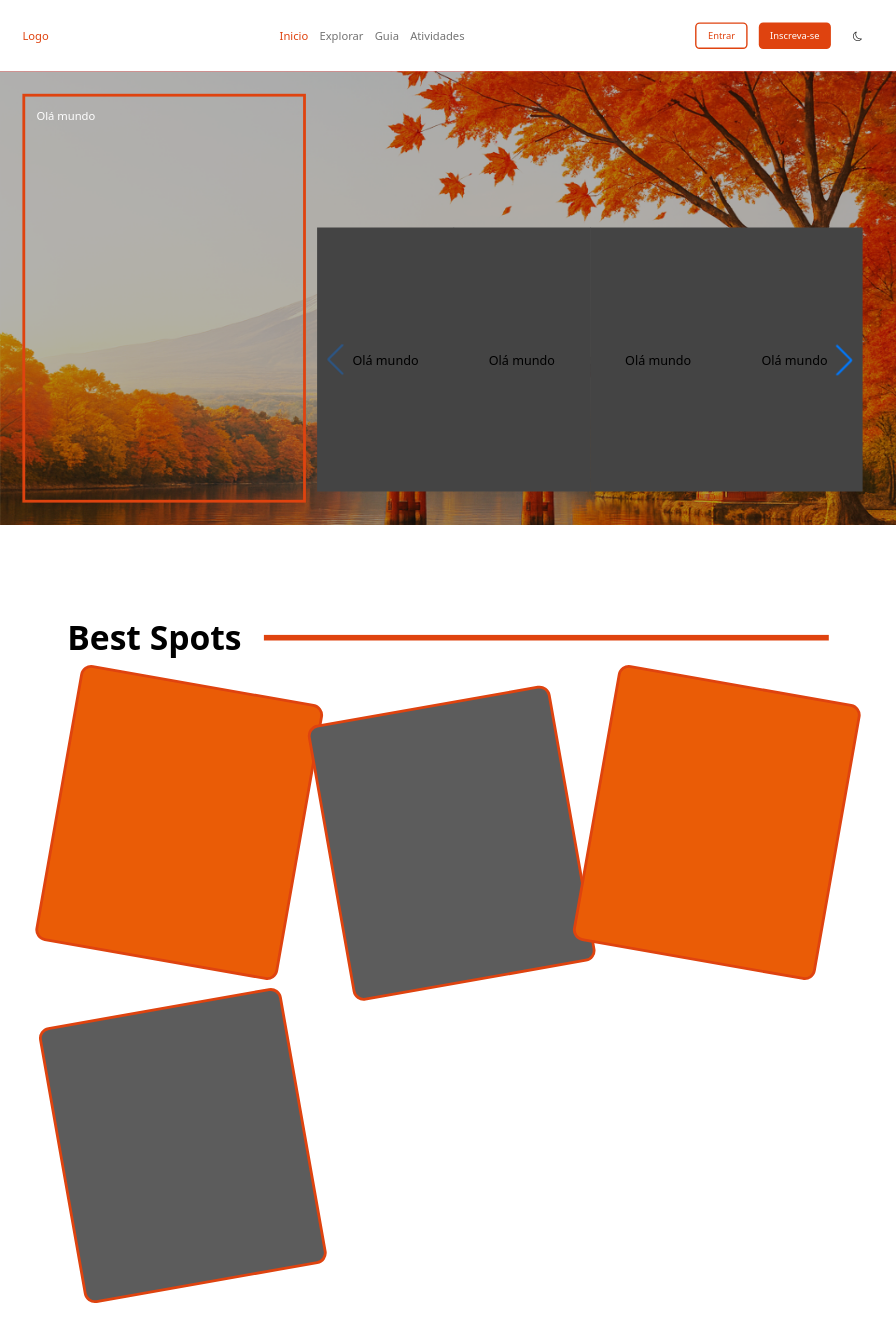
Repository: pedroantoniosi/readleaf--site
Page: /
These files come from the project's save history. The page is drawn as it stood at one moment and after the next save; the edit follows.
The browser window is 1280 px wide. The pictures show the part of the page from y = 0 to 1920 px (the page is 5163 px tall), at 70% of full size.
The project was rebuilt for these pictures with package versions that can differ from the ones it lists, and the page was loaded fresh each time. Also part of the build but not shown: vite.config.ts.

Above is the page before, as saved 2025-11-27 17:46:58.

### index.html
<!doctype html>
<html lang="en">

<head>
  <meta charset="UTF-8" />
  <link rel="icon" type="image/svg+xml" href="/vite.svg" />
  <meta name="viewport" content="width=device-width, initial-scale=1.0" />
  <title>Redleaf | Japanese Traveling</title>
  <link rel="stylesheet" href="https://cdn.jsdelivr.net/npm/bootstrap-icons@1.13.1/font/bootstrap-icons.min.css">
</head>

<body>
  <div id="root"></div>
  <script type="module" src="/src/main.tsx"></script>
</body>




</html>

### src/main.tsx
import { StrictMode } from "react";
import { createRoot } from "react-dom/client";
import "./index.css";
import "./reset.css";
import App from "./App.tsx";

createRoot(document.getElementById("root")!).render(
  <StrictMode>
    <App />
  </StrictMode>
);

### src/index.css
:root {
  font-family: system-ui, Avenir, Helvetica, Arial, sans-serif;
  font-weight: 400;
  color-scheme: light dark;
  color: rgba(255, 255, 255, 0.87);
  background-color: var(--light);
  font-synthesis: none;
  text-rendering: optimizeLegibility;
  -webkit-font-smoothing: antialiased;
  -moz-osx-font-smoothing: grayscale;
  --primaryColor: #DF430F;
  --light: #fff;
  --dark: #000;
}

:root[data-theme="dark"] {
  --light: #080903;
  --dark: #fff;

  & .homeContainer {

    & .bannerBackground {
      background-image: url("./assets/banner-dark.png");
    }
  }
}

body {
  background-color: var(--light);
  color: var(--dark);
}

### src/App.tsx
import Home from "./pages/home/home";

function App() {
  return (
    <>
      <Home />
    </>
  );
}

export default App;

### src/pages/home/home.tsx
// import styles from "./Index.module.css";
import Navbar from "../../components/Navbar/Index";
import SwiperNav from "../../components/SliderNavigation/Index";
import styles from "./index.module.css";
import TemplateAuto from "../../components/Template/template-auto";
import TemplateGrid from "../../components/Template/template-grid";
import Container from "../../components/Container/Index";
import Banner from "../../assets/banner.png";
import About from "../../assets/tour.png";
// Hooks
import { useIsMobile } from "../../hooks/useIsMobile";
// Imagens

// import Button from "../../components/Button/Index";

const Home = () => {
  const isMobile = useIsMobile();
  return (
    <>
      <Navbar />
      {/* Lorem ipsum dolor sit amet consectetur, adipisicing elit. Labore, repellat? */}
      <section className={styles.heroContainer}>
        <img className={styles.heroBanner} src={Banner} alt="" />
        <Container className={styles.heroContent}>
          <div className={styles.bbb}>Olá mundo</div>
          <div className={styles.ccc}>
            <SwiperNav sliderNumber={isMobile ? 1.5 : 4}>Olá mundo</SwiperNav>
          </div>
        </Container>
      </section>
      {/* Lorem ipsum dolor sit amet consectetur, adipisicing elit. Labore, repellat? */}

      {/* Lorem ipsum dolor sit amet consectetur, adipisicing elit. Labore, repellat? */}
      <section className={styles.tourContent}>
        <Container>
          <div className={styles.sectionHeader}>
            <h2 className={styles.sectionTitle}>Best Spots</h2>
            <div className={styles.sectionLine}></div>
          </div>
          <TemplateAuto
            mode="auto-fit"
            minWidth="300px"
            minHeight="400px"
            gap="2rem"
          >
            <div className={styles.card}></div>
            <div className={styles.card}></div>
            <div className={styles.card}></div>
            <div className={styles.card}></div>
          </TemplateAuto>
        </Container>
      </section>
      {/* Best Hotels Section */}
      <section>
        <Container>
          <div className={styles.sectionHeader}>
            <h2 className={styles.sectionTitle}>Best Hotels</h2>
            <div className={styles.sectionLine}></div>
          </div>
          <TemplateAuto mode="auto-fit" minWidth="unset" minHeight="600px">
            <SwiperNav sliderNumber={isMobile ? 1 : 4}>Olá mundo</SwiperNav>
          </TemplateAuto>
        </Container>
      </section>
      {/* Top Places Section */}
      <section>
        <Container>
          <div className={styles.sectionHeader}>
            <h2 className={styles.sectionTitle}>Top Places</h2>
            <div className={styles.sectionLine}></div>
          </div>
          <TemplateAuto mode="auto-fit" minWidth="unset" minHeight="600px">
            <SwiperNav sliderNumber={isMobile ? 1.5 : 4}>Olá mundo</SwiperNav>
          </TemplateAuto>
        </Container>
      </section>

      {/* Lorem ipsum dolor sit amet consectetur, adipisicing elit. Labore, repellat? */}
      <section className={styles.packagesContainer}>
        <Container>
          <div className={styles.sectionHeader}>
            <h2 className={styles.sectionTitle}>More Information</h2>
            <div className={styles.sectionLine}></div>
          </div>
          <TemplateGrid columns="10fr 6fr 6fr" gap="2rem">
            <div className={styles.card}></div>
            <div className={styles.card}></div>
            <div className={styles.card}></div>
          </TemplateGrid>
        </Container>
      </section>
      {/* Lorem ipsum dolor sit amet consectetur, adipisicing elit. Labore, repellat? */}
      <section className={styles.aboutContainer}>
        <Container>
          <div className={styles.sectionHeader}>
            <h2 className={styles.sectionTitle}>About The Tour</h2>
            <div className={styles.sectionLine}></div>
          </div>
          <div className="row-md gap-2">
            <div className="flex-1 row align-end">
              <div className={styles.aboutCaption}>
                <p className={styles.text}>
                  Lorem ipsum dolor sit, amet consectetur adipisicing elit.
                  Temporibus illum, repudiandae placeat adipisci sapiente ipsa
                  non consectetur voluptas obcaecati recusandae quis eos
                  aperiam, aliquam fugit distinctio minima, alias saepe omnis.
                </p>
              </div>
            </div>
            <div className={styles.aboutBanner}>
              <img src={About} alt="" />
            </div>
          </div>
        </Container>
      </section>
    </>
  );
};

export default Home;

### src/components/Navbar/Index.tsx
import styles from "./Index.module.css";
import Button from "../Button/Index";
import Container from "../Container/Index";

const Navbar = () => {
  return (
    <>
      <nav className={styles.navbar}>
        <Container className="row gap-1 justify-between align-center">
          <div className="logo">Logo</div>
          <ul className="nav-list row gap-1">
            <li className={styles.navLink}>Inicio</li>
            <li className={styles.navLink}>Explorar</li>
            <li className={styles.navLink}>Guia</li>
            <li className={styles.navLink}>Atividades</li>
          </ul>
          <div className="row gap-1">
            <Button className={styles.buttonRegister} text="Entrar" />
            <Button className={styles.buttonLogin} text="Inscreva-se" />
            <Button className="bi bi-moon" text="" />
          </div>
        </Container>
      </nav>
    </>
  );
};

export default Navbar;

### src/components/SliderNavigation/Index.tsx
import React from "react";

interface swiperProps {
  sliderNumber: number;
  children?: React.ReactNode;
}

// Swiper
import { Swiper, SwiperSlide } from "swiper/react";
import { Navigation } from "swiper/modules";

// Estilos obrigatórios
import "swiper/css";
import "swiper/css/navigation";

import styles from "./index.module.css";

const SwiperNav = ({ sliderNumber, children }: swiperProps) => {
  return (
    <Swiper
      navigation={true}
      modules={[Navigation]}
      className={styles.mySwiper}
      slidesPerView={sliderNumber}
    >
      {Array.from({ length: 9 }).map((_, i) => (
        <SwiperSlide key={i} className={styles.swiperSlider}>
          {children}
        </SwiperSlide>
      ))}
    </Swiper>
  );
};

export default SwiperNav;

### src/pages/home/index.module.css
@import "../../index.css";


/* Default Styles */
.sectionHeader {
    margin: 2rem 0 1rem 0;
    display: flex;
    align-items: center;
    gap: 2rem;
    padding: 1rem;
    width: 100%;
    align-items: stretch;
}

.sectionHeader .sectionTitle {
    font-size: 3rem;
    font-weight: 600;

}

.sectionHeader .sectionLine {
    position: relative;
    flex: 1;


    &::after {
        position: absolute;
        content: ' ';
        width: 100%;
        height: .5rem;
        background-color: var(--primaryColor);
        top: 50%;
        transform: translateY(-50%);
    }
}

/* Home Styles */
.heroContainer {
    position: relative;
    display: grid;
    height: 100svh;

    & img {
        z-index: 1;
        filter: brightness(70%);
    }

    & .heroBanner {
        position: absolute;
        width: 100%;
        height: 100%;
        left: 0;
        bottom: 0;
    }

    & .heroContent {
        padding: 2rem;
        display: flex;
        flex-direction: column;
        overflow: hidden;

        & .bbb {
            padding: 1rem;
            color: var(--light);
            z-index: 2;
        }

        & .ccc {
            padding: 1rem;
            max-height: 70%;
            height: 100%;
            overflow: hidden;
            margin-top: auto;
            background-color: red;
        }
    }
}

.tourContent {
    & .card {
        background-color: red;
    }
}


& .card {
    padding: 1rem;
    border: 4px solid var(--primaryColor);
    border-radius: 1rem;
}


.packagesContainer {
    & .card {
        min-height: 600px;
    }
}

.aboutContainer {
    & .aboutCaption {
        & .text {
            max-width: 600px;
        }
    }
}

:root[data-theme="dark"] {}


@media (min-width: 1024px) {
    .heroContainer {
        position: relative;
        display: grid;
        height: 90svh;

        & .heroBanner {
            position: absolute;
            width: 100%;
            height: 100%;
            left: 0;
            bottom: 0;
        }

        & .heroContent {
            padding: 2rem;
            display: grid;
            grid-template-columns: 6fr 12fr;
            background-color: red;

            & .bbb {
                width: 100%;
                border: 4px solid var(--primaryColor);
                color: var(--light);
            }

            & .ccc {
                max-height: 70%;
                height: 100%;
                overflow: hidden;
                margin-top: auto;
            }
        }
    }

    .tourContent {
        padding: 4rem;


        & .card {
            position: relative;
            padding: 1rem;
            border-radius: 1rem;
        }

        & .card:nth-child(odd) {
            background: #EA5C06;
            transform: rotate(10deg);
        }

        & .card:nth-child(even) {
            background: #5c5c5c;
            transform: rotate(-10deg) translateY(30px);
        }
    }

    .aboutContainer {
        & img {
            max-width: 768px;
        }
    }
}

### src/components/Template/template-auto.tsx
import styles from "./index.module.css";

interface AutoGridProps {
  mode: "auto-fill" | "auto-fit";
  minWidth: string;
  minHeight?: string;
  gap?: string;
  children?: React.ReactNode;
  className?: string;
}

const AutoGrid = ({
  mode,
  minWidth,
  minHeight,
  gap = "1rem",
  children,
  className,
}: AutoGridProps) => {
  return (
    <div
      className={`${styles.grid} ${className || ""}`}
      style={{
        gridTemplateColumns: `repeat(${mode}, minmax(${minWidth}, 1fr))`,
        gridAutoRows: `${minHeight}`,
        gap,
      }}
    >
      {children}
    </div>
  );
};

export default AutoGrid;

### src/components/Template/template-grid.tsx
import styles from "./index.module.css";

interface TemplateProps {
  columns: string;
  rows?: string;
  gap?: string;
  children?: React.ReactNode;
  className?: string; // classes adicionais
}

const Grid = ({ columns, rows, gap = "1rem", children }: TemplateProps) => {
  return (
    <div
      className={styles.grid}
      style={{
        gridTemplateColumns: `${columns}`,
        gridAutoRows: rows,
        gap,
      }}
    >
      {children}
    </div>
  );
};

export default Grid;

### src/components/Container/Index.tsx
import styles from "./Index.module.css";

interface ContainerProps {
  className?: string;
  children?: React.ReactNode;
}

const Container = ({ className, children }: ContainerProps) => {
  return (
    <div
      className={`${styles["container"]} ${className ? className : ""}`.trim()}
    >
      {children}
    </div>
  );
};

export default Container;

### src/hooks/useIsMobile.tsx
// src/hooks/useIsMobile.ts
import { useEffect, useState } from "react";

export function useIsMobile(breakpoint = 768) {
  const [isMobile, setIsMobile] = useState(false);

  useEffect(() => {
    const check = () => setIsMobile(window.innerWidth < breakpoint);
    check();
    window.addEventListener("resize", check);
    return () => window.removeEventListener("resize", check);
  }, [breakpoint]);

  return isMobile;
}

### src/components/Navbar/index.module.css
@import "../../index.css";

.navbar {
    display: flex;
    flex-wrap: wrap;
    padding: 1rem;
    color: var(--primaryColor);
    font-weight: 500;

    & .navLink {
        color: #747474;

        &:nth-of-type(1) {
            color: var(--primaryColor);
        }
    }

    & .buttonRegister {
        border: 2px solid var(--primaryColor);
        color: var(--primaryColor);
    }

    & .buttonLogin {
        background-color: var(--primaryColor);
        color: var(--light);
    }
}


:root[data-theme="dark"] {
    --light: #080903;
    --dark: #fff;

    & .buttonLogin {
        color: #fff;
    }
}

### src/components/Button/Index.tsx
import styles from "./Index.module.css";

interface ButtonProps {
  text: string;
  className?: string; // classes adicionais
}

const Button = ({ text, className }: ButtonProps) => {
  return (
    <button
      className={`${styles["button"]} ${className ? className : ""}`.trim()}
    >
      {text}
    </button>
  );
};

export default Button;

### src/components/SliderNavigation/index.module.css
.mySwiper {
    width: 100%;
    height: 100%;
}

.swiperSlider {
    text-align: center;
    font-size: 18px;
    background: #444;
    display: flex;
    justify-content: center;
    align-items: center;
}

### src/components/Template/index.module.css
.grid {
    display: grid;
    width: 100%;
}

@media (max-width: 768px) {
    .grid {
        grid-template-columns: 1fr !important;
    }
}

### src/components/Container/index.module.css
@import "../../index.css";

.container {
    padding: 1rem;
    width: 100%;
    margin: 0 auto;
    max-width: 1660px;
}

### src/components/Button/index.module.css
.button {
    width: fit-content;
    padding: .5rem 1rem;
    border-radius: .4rem;
}

Loaded but not shown: src/reset.css (813 lines, source omitted)

After the next save:
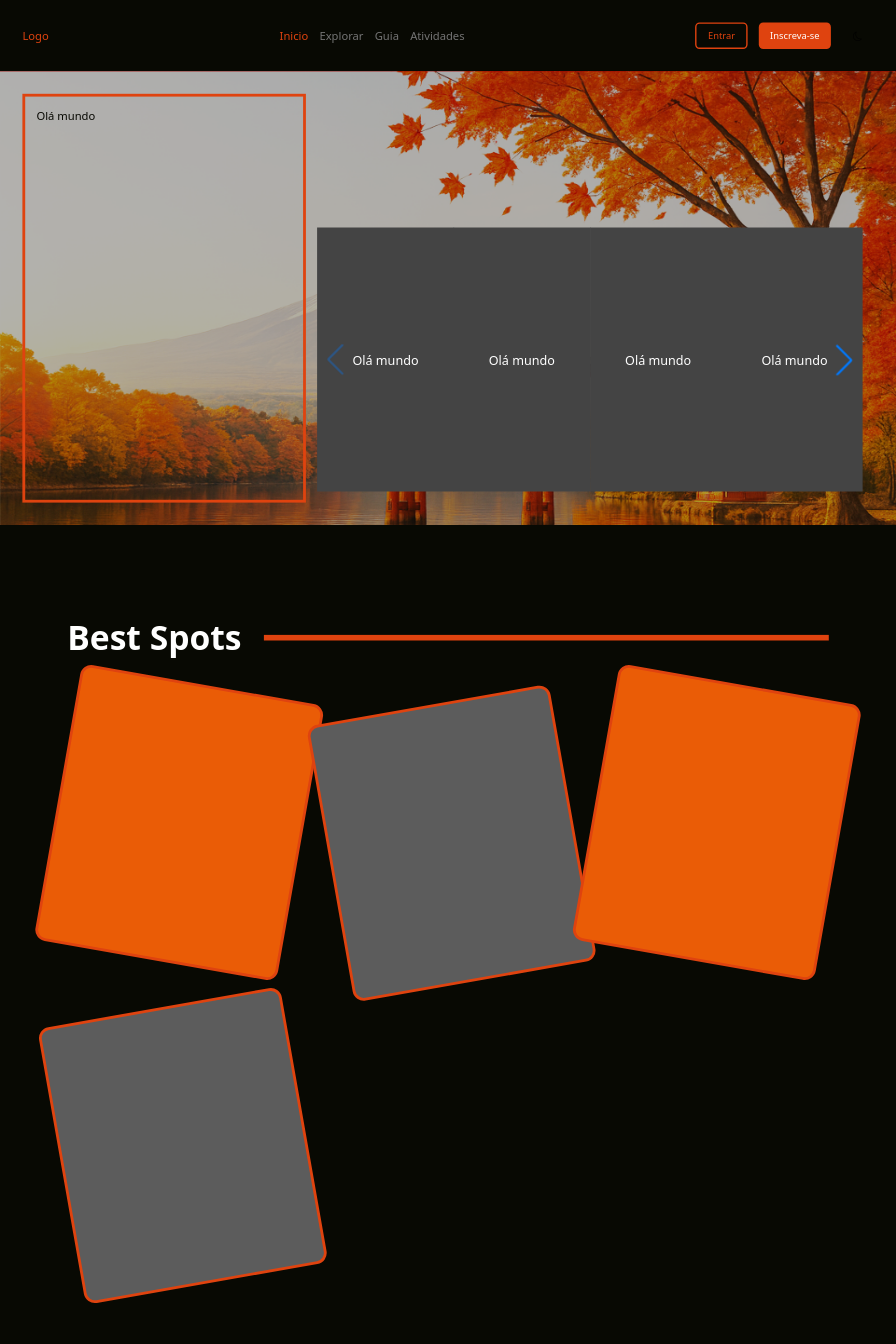
Saved 5 s later.
--- a/index.html
+++ b/index.html
@@ -1,5 +1,5 @@
 <!doctype html>
-<html lang="en">
+<html lang="en" data-theme="dark">
 
 <head>
   <meta charset="UTF-8" />
